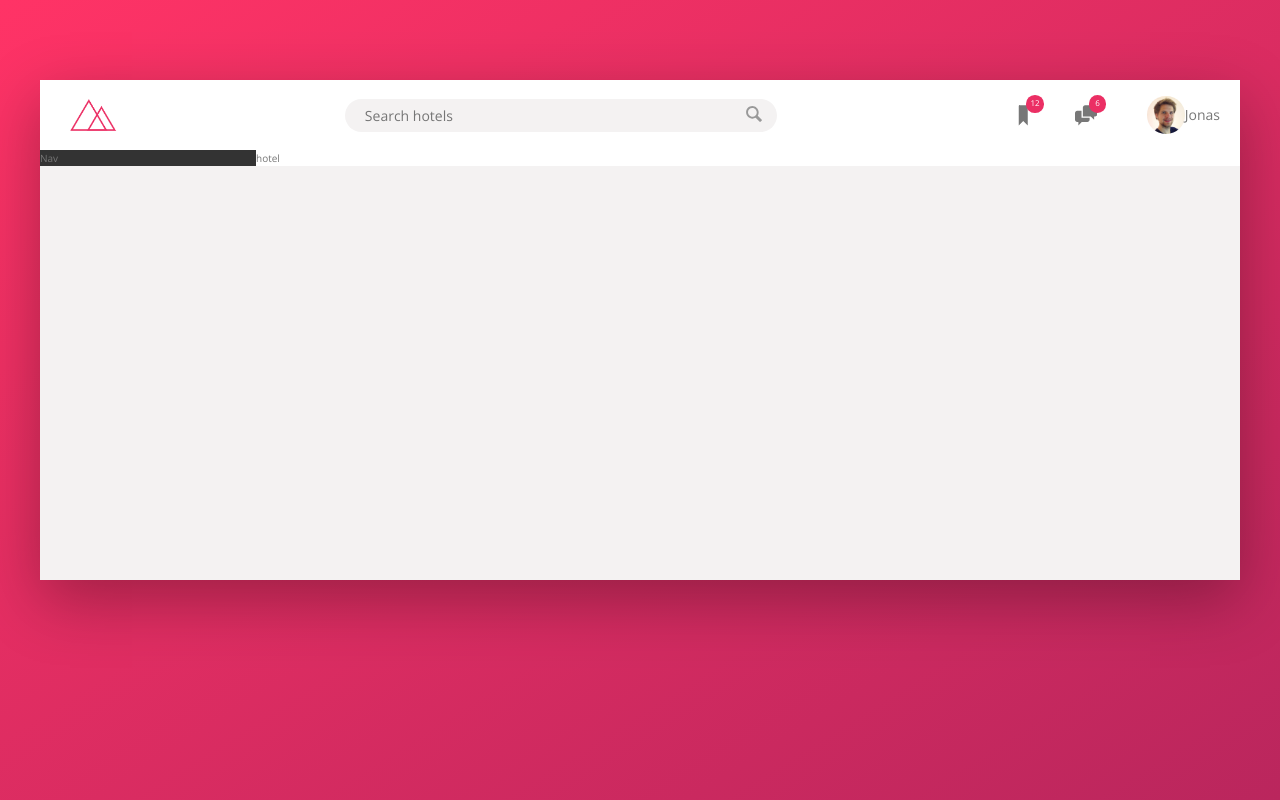
Repository: mohamediyas/flex_website
Page: index.html
An editor plug-in stored every save of this project. The page is shown before and after the next save, followed by the edit.
The browser window is 1280 px wide. The pictures show the whole page.
The style sheet was rebuilt from its Sass, Less or Tailwind sources for each picture, by a compiler version that may differ from the author's.

Above is the page before, as saved 2022-07-31 19:39:00.

After the next save:
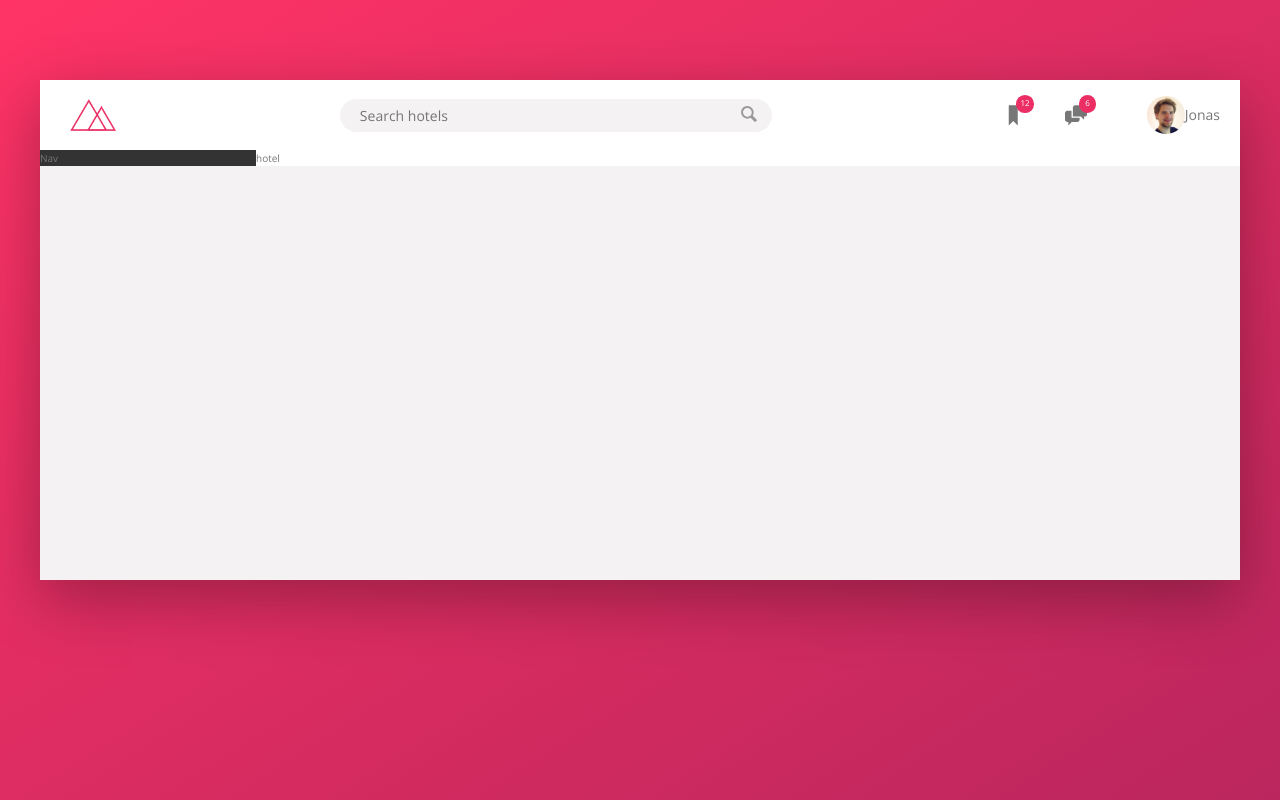
Saved 18 s later.
--- a/sass/_components.scss
+++ b/sass/_components.scss
@@ -105,7 +105,7 @@
   &__user-photo {
     height: 3.75rem;
     border-radius: 50%;
-    margin-left: 1rem;
+    margin-left: 2rem;
   }
 
   &__user-name {

After the save that followed:
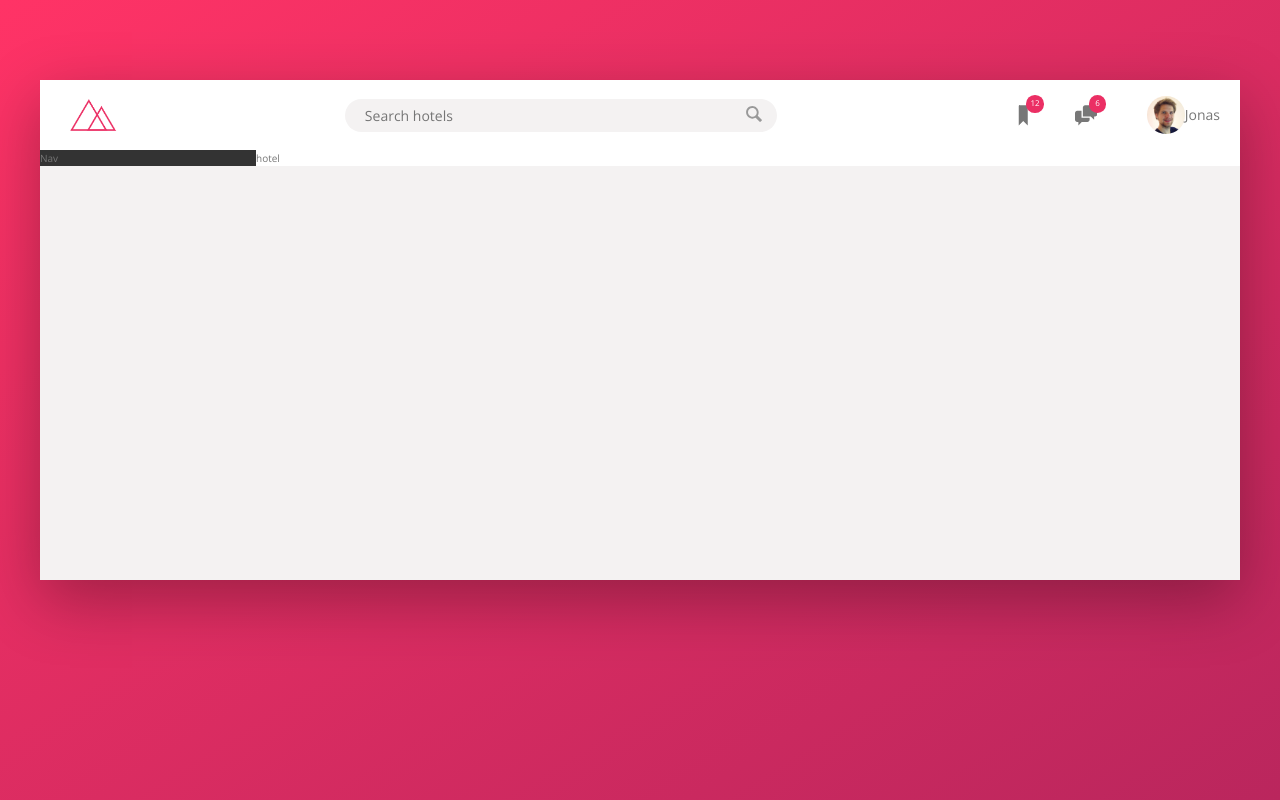
Saved 5 s later.
--- a/sass/_components.scss
+++ b/sass/_components.scss
@@ -105,7 +105,7 @@
   &__user-photo {
     height: 3.75rem;
     border-radius: 50%;
-    margin-left: 2rem;
+    margin-left: 1rem;
   }
 
   &__user-name {
